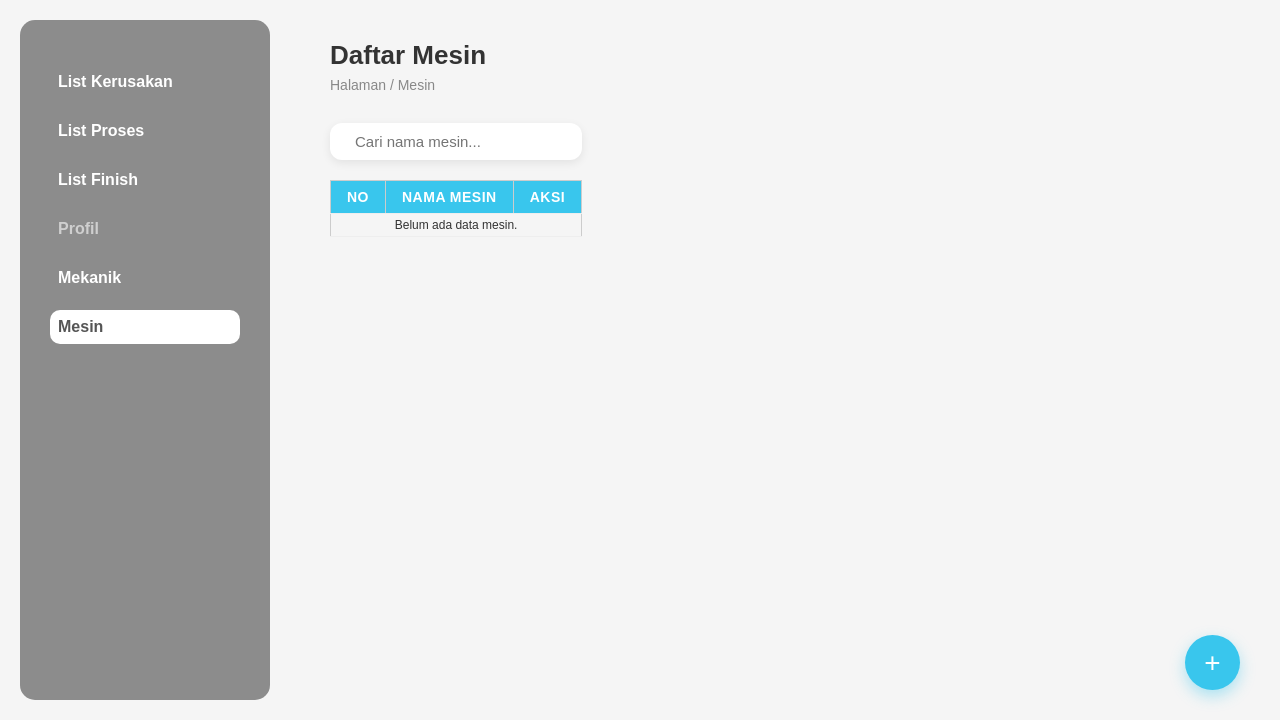
Repository: 1rHub/maintenance
Page: http://localhost/mesin.php
The author's editor kept a copy of each file at every save. The page is drawn from the files as they stood at one save, then again after the next save.
The browser window is 1280 px wide. The pictures show the whole page.
The page is run by PHP 8.4 with error messages shown; the project is at /var/www/html/. Queries for data that is not in the repository find no rows.

Above is the page before, as saved 2025-10-21 14:09:47.

### mesin.php
<?php
include "koneksi.php";
include "sidebar.php";

// === Tambah Mesin ===
if ($_SERVER["REQUEST_METHOD"] === "POST" && isset($_POST["tambah_mesin"])) {
    $nama = trim($_POST["nama_mesin"]);
    if ($nama !== "") {
        mysqli_query($conn, "INSERT INTO mesin (nama_mesin) VALUES ('$nama')");
    }
    header("Location: mesin.php");
    exit;
}

// === Hapus Mesin ===
if ($_SERVER["REQUEST_METHOD"] === "POST" && isset($_POST["hapus_mesin"])) {
    $id = intval($_POST["id_mesin"]);
    mysqli_query($conn, "DELETE FROM mesin WHERE id = $id");
    header("Location: mesin.php");
    exit;
}

// === Ambil Semua Mesin (urutan ASC biar baru di bawah) ===
$result = mysqli_query($conn, "SELECT * FROM mesin ORDER BY id ASC");
$mesin_list = mysqli_fetch_all($result, MYSQLI_ASSOC);
?>

<!DOCTYPE html>
<html lang="id">
<head>
    <meta charset="UTF-8">
    <title>Data Mesin</title>
    <link rel="stylesheet" href="assets/css/style.css">
    <style>
        body {
            font-family: 'Poppins', sans-serif;
        }

        /* === MAIN CONTAINER === */
        .main-container {
            margin-left: 30px; /* posisi agar tidak mepet sidebar */
            padding: 40px 10px 80px;
        }

        h1 {
            font-size: 26px;
            font-weight: 700;
            color: #333;
            margin-bottom: 6px;
        }

        .breadcrumb {
            color: #888;
            font-size: 14px;
            margin-bottom: 30px;
        }

        /* === SEARCH BOX === */
        .search-box {
            width: 100%;
            max-width: 400px;
            display: flex;
            align-items: center;
            background: #fff;
            border-radius: 12px;
            box-shadow: 0 3px 10px rgba(0,0,0,0.08);
            padding: 10px 15px;
            margin-bottom: 20px;
        }

        .search-box i {
            color: #39c6ed;
            font-size: 18px;
            margin-right: 10px;
        }

        .search-box input {
            flex: 1;
            border: none;
            outline: none;
            background: transparent;
            font-size: 15px;
        }

        .table {
            width: 150%;
            border-collapse: collapse;
            text-align: left;
        }

        #mesinTable th:first-child,
#mesinTable td:first-child {
    text-align: center;
    width: 150px;
}

#mesinTable th:last-child,
#mesinTable td:last-child {
    text-align: center;
    width: 180px;
}

        th, td {
            padding: 8px 16px;
            border-bottom: 1px solid #eee;
        }

        th {
            background: #39c6ed;
            color: white;
            text-transform: uppercase;
            letter-spacing: 0.5px;
            font-size: 14px;
        }

        tr:hover td {
            background: #f0fbff;
        }

        td {
            color: #333;
            font-weight: 500;
            padding: 4px 16px;

        }

        td a {
            color: #333;
            text-decoration: none;
            font-weight: 600;
            transition: 0.2s;
            outline: none;
        }

        /* === BUTTON HAPUS === */
        .hapus-btn {
            background: #e74c3c;
            color: #fff;
            border: none;
            padding: 6px 12px;
            border-radius: 6px;
            font-size: 14px;
            cursor: pointer;
            transition: 0.2s;
        }

        .hapus-btn:hover {
            background: #c0392b;
            transform: scale(1.05);
        }

        /* === FLOATING ADD BUTTON === */
        .float-btn {
            position: fixed;
            bottom: 30px;
            right: 40px;
            background-color: #39c6ed;
            color: #fff;
            font-size: 28px;
            width: 55px;
            height: 55px;
            border-radius: 50%;
            border: none;
            box-shadow: 0 6px 15px rgba(57,198,237,0.4);
            cursor: pointer;
            transition: 0.3s ease;
        }

        .float-btn:hover {
            background-color: #2da8cf;
            transform: scale(1.1);
        }

        /* === POPUP === */
        .popup .popup-content {
            width: 100%;
            max-width: 400px;
            text-align: center;
            background: #fff;
            border-radius: 15px;
            padding: 25px 30px;
            box-shadow: 0 4px 15px rgba(0,0,0,0.1);
        }

        .popup-content h2 {
            margin-bottom: 15px;
            font-size: 20px;
            color: #333;
        }

        .popup-content input[type="text"] {
            width: 90%;
            padding: 10px;
            margin: 10px 0 15px;
            border: 1px solid #ccc;
            border-radius: 8px;
            outline: none;
            transition: 0.2s;
        }

        .popup-content input:focus {
            border-color: #39c6ed;
            box-shadow: 0 0 5px rgba(57,198,237,0.3);
        }

        .popup-content button {
            background: #39c6ed;
            color: #fff;
            padding: 8px 15px;
            border: none;
            border-radius: 8px;
            cursor: pointer;
            transition: 0.2s;
        }

        .popup-content button:hover {
            background: #2da8cf;
        }

        .close-btn2 {
	float: right;
    position: absolute;
    top: 20px;
    right: 40px;
    font-weight: bold;
    font-size: 25px;
    color: #909090;
    cursor: pointer;
    z-index: 10000; /* pastikan di atas semua isi popup */
}

.close-btn2:hover {
    color: #000;
}

    </style>
</head>
<body>
    <div class="main-container">
        <h1>Daftar Mesin</h1>
        <p class="breadcrumb">Halaman / Mesin</p>

        <div class="table-wrapper">
            <!-- 🔍 Search -->
            <div class="search-box">
                <i></i>
                <input type="text" id="searchMesin" placeholder="Cari nama mesin...">
            </div>

            <!-- 📋 Table -->
            <table id="mesinTable">
                <thead>
                    <tr>
                        <th style="width:5%;">No</th>
                        <th>Nama Mesin</th>
                        <th style="width:10%;">Aksi</th>
                    </tr>
                </thead>
                <tbody>
                    <?php if (count($mesin_list) > 0): ?>
                        <?php $no = 1; foreach ($mesin_list as $m): ?>
                            <tr>
                                <td><?= $no++ ?></td>
                                <td>
                                    <a href="#" onclick="openRiwayatMesin('<?= htmlspecialchars($m['nama_mesin']) ?>')">
                                        <?= htmlspecialchars($m['nama_mesin']) ?>
                                    </a>
                                </td>
                                <td><button class="hapus-btn" onclick="hapusMesin(event, <?= $m['id'] ?>)">Hapus</button></td>
                            </tr>
                        <?php endforeach; ?>
                    <?php else: ?>
                        <tr><td colspan="3" style="text-align:center;">Belum ada data mesin.</td></tr>
                    <?php endif; ?>
                </tbody>
            </table>
        </div>
    </div>

    <!-- ➕ Floating Add Button -->
    <button class="float-btn" onclick="openTambahPopup()">+</button>

    <!-- 📋 Popup Tambah -->
    <div class="popup" id="popupTambah">
        <div class="popup-content">
            <span class="close-btn2" onclick="closeTambahPopup()">&times;</span>
            <h2>Tambah Mesin Baru</h2>
            <form method="POST">
                <input type="text" name="nama_mesin" placeholder="Nama mesin baru" required>
                <button type="submit" name="tambah_mesin">Tambah</button>
            </form>
        </div>
    </div>

    <!-- 📋 Popup Riwayat Mesin -->
    <div class="popup" id="popupRiwayatMesin">
        <div class="popup-content" style="max-width:900px;">
            <span class="close-btn2" onclick="closeRiwayatMesin()">&times;</span>
            <h2 id="riwayatMesinTitle">Riwayat Mesin</h2>
            <table>
                <thead>
                    <tr>
                        <th>Tanggal</th>
                        <th>Pelapor</th>
                        <th>Divisi</th>
                        <th>Keterangan</th>
                        <th>Mekanik</th>
                        <th>Pesan Mekanik</th>
                        <th>Kategori</th>
                    </tr>
                </thead>
                <tbody id="riwayatMesinTable">
                    <tr><td colspan="7" style="text-align:center;">Pilih mesin untuk melihat riwayat.</td></tr>
                </tbody>
            </table>
        </div>
    </div>

    <form id="hapusForm" method="POST" style="display:none;">
        <input type="hidden" name="hapus_mesin" value="1">
        <input type="hidden" name="id_mesin" id="hapusMesinId">
    </form>

    <script>
        // 🔍 Live search
        document.getElementById('searchMesin').addEventListener('input', function() {
            const query = this.value.toLowerCase();
            const rows = document.querySelectorAll('#mesinTable tbody tr');
            rows.forEach(row => {
                const nama = row.cells[1].textContent.toLowerCase();
                row.style.display = nama.includes(query) ? '' : 'none';
            });
        });

        // 📋 Riwayat mesin
        function openRiwayatMesin(namaMesin) {
            const popup = document.getElementById('popupRiwayatMesin');
            const tbody = document.getElementById('riwayatMesinTable');
            document.getElementById('riwayatMesinTitle').textContent = `Riwayat Mesin: ${namaMesin}`;
            popup.style.display = 'flex';

            fetch(`riwayat_mesin.php?nama=${encodeURIComponent(namaMesin)}`)
                .then(res => res.json())
                .then(data => {
                    tbody.innerHTML = "";
                    if (data.length === 0) {
                        tbody.innerHTML = "<tr><td colspan='7' style='text-align:center;'>Belum ada riwayat perbaikan.</td></tr>";
                        return;
                    }
                    data.forEach(item => {
                        const tr = document.createElement("tr");
                        tr.innerHTML = `
                            <td>${item.tanggal}</td>
                            <td>${item.nama}</td>
                            <td>${item.divisi}</td>
                            <td>${item.pesan}</td>
                            <td>${item.nama_mekanik || '-'}</td>
                            <td>${item.pesan_mekanik || '-'}</td>
                            <td>${item.kategori}</td>
                        `;
                        tbody.appendChild(tr);
                    });
                })
                .catch(() => {
                    tbody.innerHTML = "<tr><td colspan='7' style='text-align:center;'>Gagal memuat data.</td></tr>";
                });
        }

        function closeRiwayatMesin() {
            document.getElementById('popupRiwayatMesin').style.display = 'none';
        }

        // ➕ Popup Tambah
        function openTambahPopup() { document.getElementById('popupTambah').style.display = 'flex'; }
        function closeTambahPopup() { document.getElementById('popupTambah').style.display = 'none'; }

        // 🗑️ Hapus mesin
        function hapusMesin(event, id) {
            event.stopPropagation();
            if (confirm("Yakin ingin menghapus mesin ini?")) {
                document.getElementById('hapusMesinId').value = id;
                document.getElementById('hapusForm').submit();
            }
        }
    </script>
</body>
</html>

### koneksi.php
<?php
$host = "localhost";
$user = "root";
$pass = "";
$db   = "db_laporan";

$conn = new mysqli($host, $user, $pass, $db);

if ($conn->connect_error) {
    die("Koneksi gagal: " . $conn->connect_error);
}
?>

### sidebar.php
<?php

$current_page = basename($_SERVER['PHP_SELF']);
?>

<head>
    <link rel="stylesheet" href="assets/css/style.css">
</head>
<div class="sidebar">
    <ul class="menu">
        <li>
            <a href="dashboard_laporan.php" class="<?= $current_page == 'dashboard_laporan.php' ? 'active' : '' ?>">
                List Kerusakan
            </a>
        </li>
        <li>
            <a href="list_proses.php" class="<?= $current_page == 'list_proses.php' ? 'active' : '' ?>">
                List Proses
            </a>
        </li>
        <li>
            <a href="list_finish.php" class="<?= $current_page == 'list_finish.php' ? 'active' : '' ?>">
                List Finish
            </a>
        </li>
        <li>
            <a href="#" class="disabled">Profil</a>
        </li>
        <li>
            <a href="mekanik.php" class="<?= $current_page == 'mekanik.php' ? 'active' : '' ?>">
                Mekanik
            </a>
        </li>
        <li>
            <a href="mesin.php" class="<?= $current_page == 'mesin.php' ? 'active' : '' ?>">
                Mesin
            </a>
        </li>
    </ul>
    <?php if ($current_page == 'dashboard_laporan.php'): ?>
        <button class="register-btn" onclick="openPopup()">Registrasi Laporan</button>
    <?php endif; ?>
</div>

Loaded but not shown: assets/css/style.css (560 lines, source omitted)

After the next save:
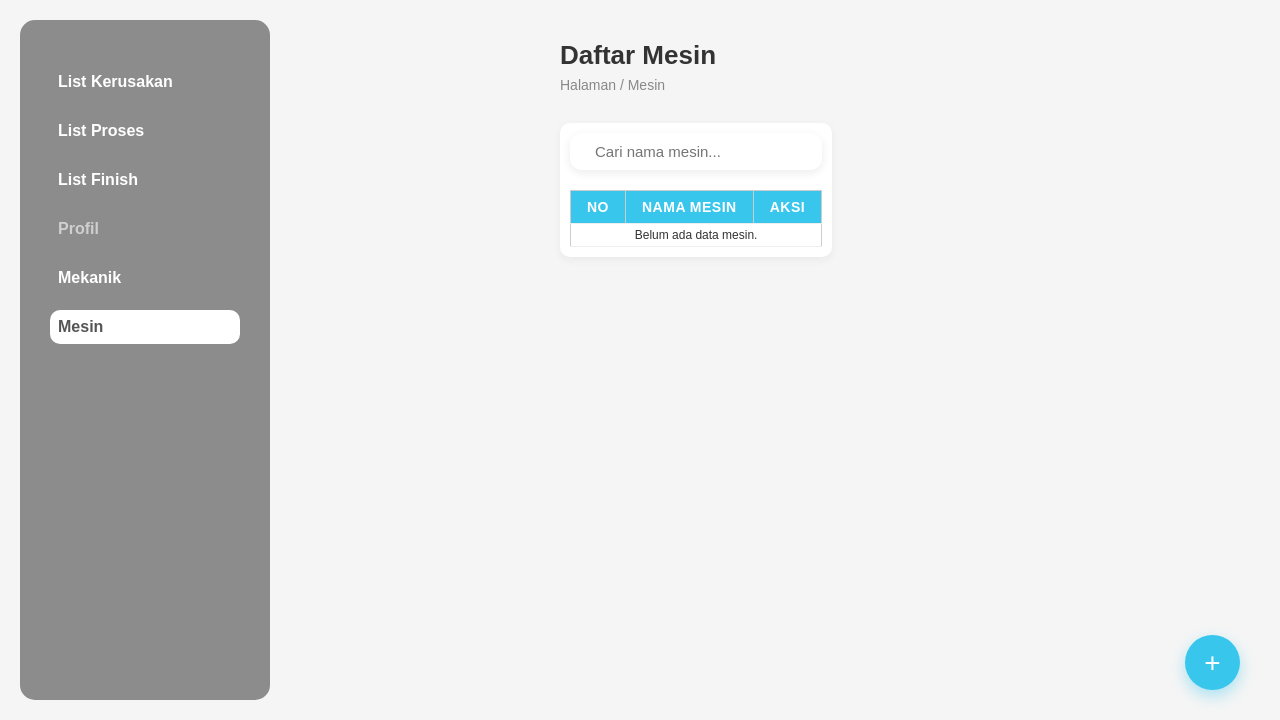
Saved 4 s later.
--- a/mesin.php
+++ b/mesin.php
@@ -231,6 +231,28 @@
 
 .close-btn2:hover {
     color: #000;
+}
+.main-container {
+    margin-left: 250px; /* sesuaikan lebar sidebar kamu */
+    padding: 40px 20px 80px;
+    overflow-x: hidden;
+}
+
+.table-wrapper {
+    width: 100%;
+    overflow-x: auto;   /* aktifkan scroll horizontal */
+    background: #fff;
+    border-radius: 10px;
+    box-shadow: 0 3px 10px rgba(0,0,0,0.05);
+    padding: 10px;
+}
+
+/* buat tabel tetap rapi */
+.table {
+    width: 100%;
+    min-width: 900px; /* biar tabel lebar minimal */
+    border-collapse: collapse;
+    text-align: left;
 }
 
     </style>

After the 3 saves that followed:
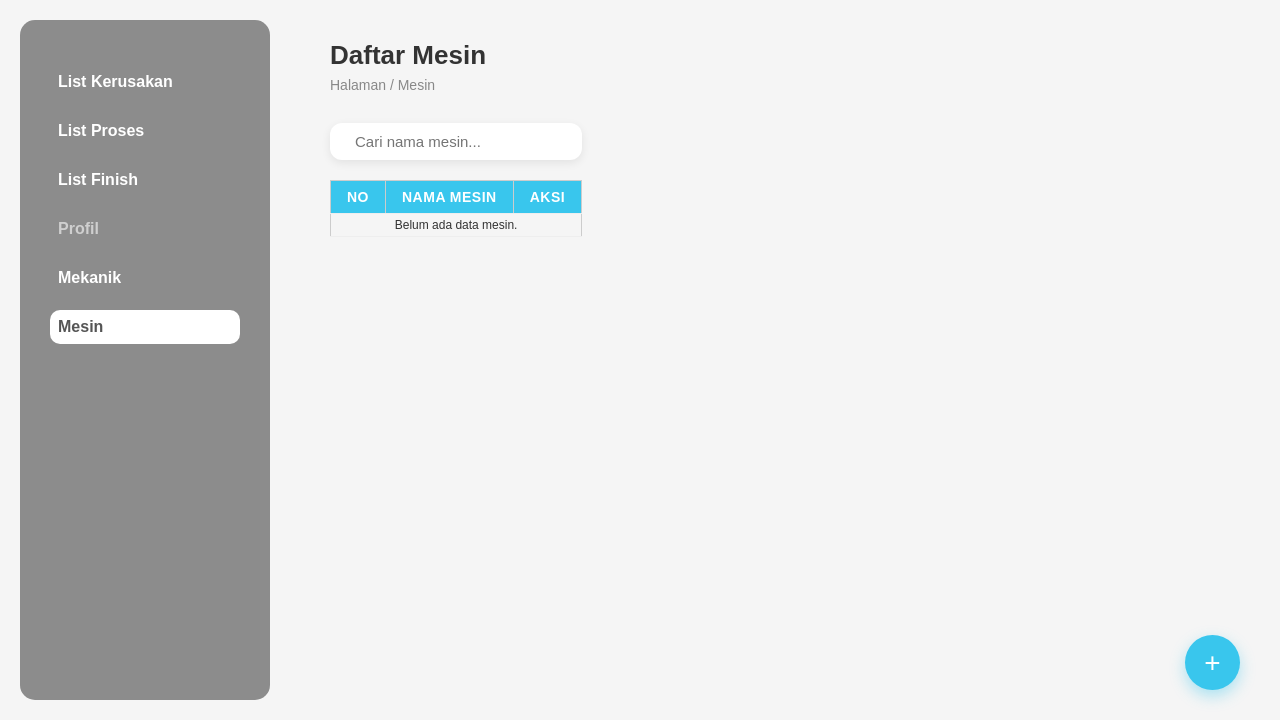
The 3 saves are shown as one change because they came seconds apart.
The last was saved 26 s later.
--- a/mesin.php
+++ b/mesin.php
@@ -231,28 +231,6 @@
 
 .close-btn2:hover {
     color: #000;
-}
-.main-container {
-    margin-left: 250px; /* sesuaikan lebar sidebar kamu */
-    padding: 40px 20px 80px;
-    overflow-x: hidden;
-}
-
-.table-wrapper {
-    width: 100%;
-    overflow-x: auto;   /* aktifkan scroll horizontal */
-    background: #fff;
-    border-radius: 10px;
-    box-shadow: 0 3px 10px rgba(0,0,0,0.05);
-    padding: 10px;
-}
-
-/* buat tabel tetap rapi */
-.table {
-    width: 100%;
-    min-width: 900px; /* biar tabel lebar minimal */
-    border-collapse: collapse;
-    text-align: left;
 }
 
     </style>
